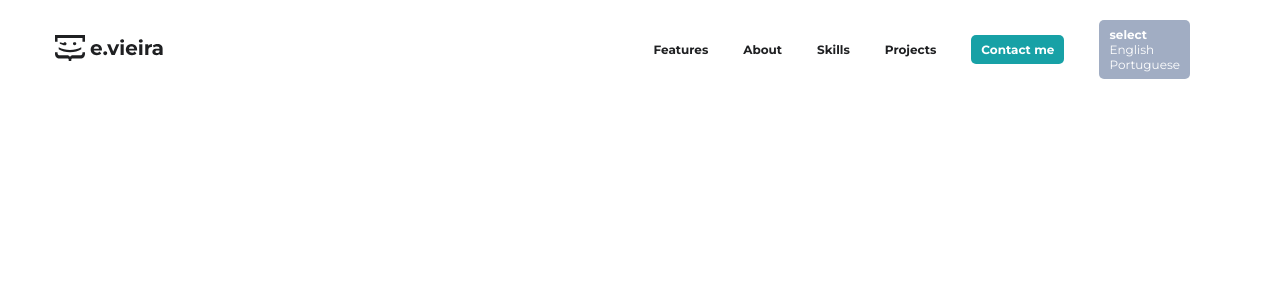
Repository: elissandrovieira/portfolio
Page: /
The author's editor kept a copy of each file at every save. The page is drawn from the files as they stood at one save, then again after the next save.
The browser window is 1280 px wide. The pictures show the whole page.
The project was rebuilt for these pictures with package versions that can differ from the ones it lists, and the page was loaded fresh each time. The framework's server and built-in components were replaced by stand-ins that run in the browser. Also part of the build but not shown: next.config.js.

Above is the page before, as saved 2023-02-10 00:18:05.

### src/pages/_app.js
import '@/styles/globals.css'
import Head from 'next/head'

export default function App({ Component, pageProps }) {
  return (
    <>
      <Head>
        <title>Eli Vieira Portfolio</title>
        <meta name="viewport" content="width=device-width, initial-scale=1" />
        <link rel="icon" href="/favicon.ico" />
      </Head>
      <Component {...pageProps} />
    </>
  )
}

### src/pages/index.js
import TemplateDefault from '../templates/Default'

export default function Home() {
  return (
    <TemplateDefault>


    </TemplateDefault>
  )
}

### src/styles/globals.css
@import url('https://fonts.googleapis.com/css2?family=Montserrat:wght@400;700;900&display=swap');

*{
  margin: 0;
  padding: 0;
  box-sizing: border-box;
}

body{
  font-family: 'Montserrat', sans-serif;
  color: #1F2022;
}

### src/templates/Default.js
import Header from '../components/Header'

const Default = ({ children }) => {

  return (
    <>
      <Header />
      {children}
    </>
  )
}

export default Default

### src/components/Header.js
import Image from 'next/image'
import Link from 'next/link'
import styled from 'styled-components'

const Container = styled.div`
  display: flex;
  align-items: center;
  justify-content: space-between;
  max-width: 1170px;
  margin: 20px auto 0 auto;
`
const Menu = styled.ul`
  display: flex;
  align-items: center;
  font-size: 12px;
  font-weight: 700;
`
const MenuLinks = styled.li`
  list-style: none;
  margin-right: 35px;
  cursor: pointer;
`
const ContactBtn = styled.button`
background-color: #17A1A6;
font-family: 'Montserrat', sans-serif;
font-size: 12px;
font-weight: 700;
color: white;
padding: 7px 10px;
border: none;
border-radius: 5px;
cursor: pointer;

`
const Languages = styled.div`
background-color: #A1ADC3;
font-family: 'Montserrat', sans-serif;
font-size: 12px;
font-weight: 700;
color: white;
padding: 7px 10px;
border-radius: 5px;
cursor: pointer;

  select{
    border: none;
    background: transparent;
  }
`

const Header = () => {
  console.log(Languages.value)
  return (
    <Container className="mainContainer">
      <Link href="/">
        <Image
        src="/logo.svg"
        alt="eli.vieira logo"
        width={109}
        height={26}
        />
      </Link>
      <nav>
        <Menu>
          <Link href="#features" legacyBehavior>
            <MenuLinks>Features</MenuLinks>
          </Link>
          <Link href="#about" legacyBehavior>
            <MenuLinks>About</MenuLinks>
          </Link>
          <Link href="#skills" legacyBehavior>
            <MenuLinks>Skills</MenuLinks>
          </Link>
          <Link href="#projects" legacyBehavior>
            <MenuLinks>Projects</MenuLinks>
          </Link>
          <Link href="#contact" legacyBehavior>
            <MenuLinks>
              <ContactBtn>Contact me</ContactBtn>
            </MenuLinks>
          </Link>
          <MenuLinks>
            <Languages>
              select
              <option value="en">English</option>
              <option value="pt">Portuguese</option>
            </Languages>
          </MenuLinks>

        </Menu>
      </nav>
    </Container>
  )
}

export default Header

Loaded but not shown: src/pages/_document.js (common file)

After the next save:
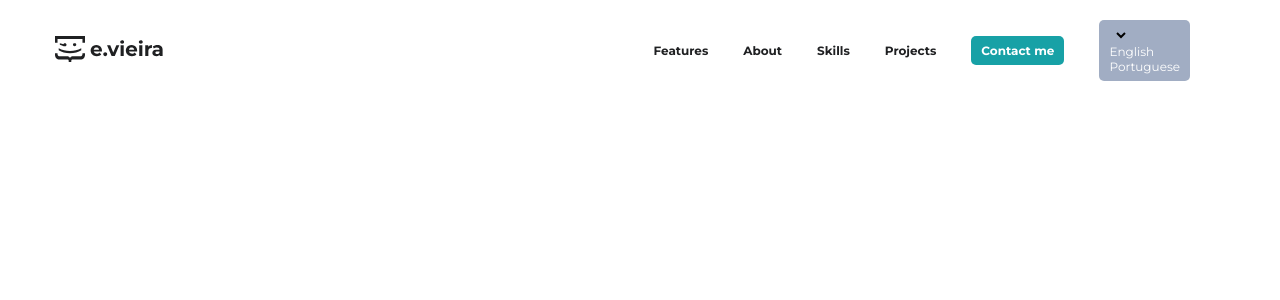
Saved 6 s later.
--- a/src/components/Header.js
+++ b/src/components/Header.js
@@ -81,7 +81,9 @@
           </Link>
           <MenuLinks>
             <Languages>
-              select
+              <select>
+
+              </select>
               <option value="en">English</option>
               <option value="pt">Portuguese</option>
             </Languages>
